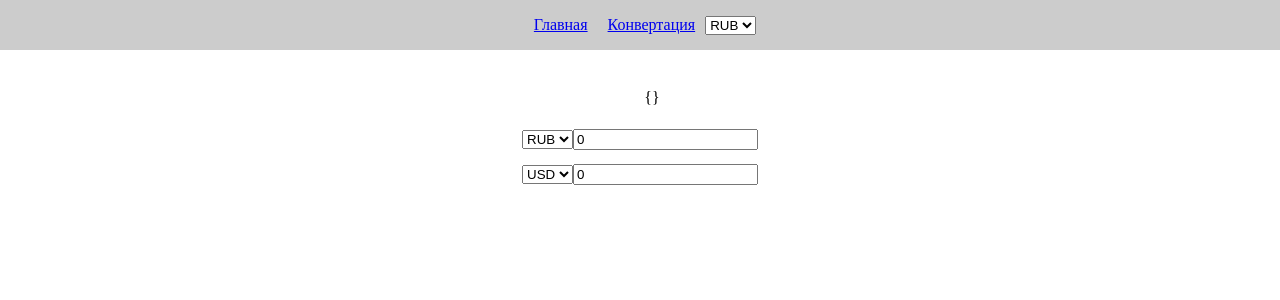
Repository: Friend689/vite-vue-currency-conversion
Page: /convert
These files come from the project's save history. The page is drawn as it stood at one moment and after the next save; the edit follows.
The browser window is 1280 px wide. The pictures show the whole page.
The page's requests for data from a server got no answer. The project was rebuilt for these pictures with package versions that can differ from the ones it lists, and the page was loaded fresh each time. No one was signed in, and anything a server would have sent is missing. Also part of the build but not shown: vite.config.js, src/views/Main.vue.

Above is the page before, as saved 2024-09-03 20:54:35.

### src/main.js
import { createApp } from 'vue'
import './style.css'
import App from './App.vue';
import router from './router';

createApp(App).use(router).mount('#app')

### src/style.css
* {
	box-sizing: border-box;
}

html, body, div, span, applet, object, iframe,
h1, h2, h3, h4, h5, h6, p, blockquote, pre,
a, abbr, acronym, address, big, cite, code,
del, dfn, em, img, ins, kbd, q, s, samp,
small, strike, strong, sub, sup, tt, var,
b, u, i, center,
dl, dt, dd, ol, ul, li,
fieldset, form, label, legend,
table, caption, tbody, tfoot, thead, tr, th, td,
article, aside, canvas, details, embed,
figure, figcaption, footer, header, hgroup,
menu, nav, output, ruby, section, summary,
time, mark, audio, video {
	margin: 0;
	padding: 0;
	border: 0;
	font-size: 100%;
	font: inherit;
	vertical-align: baseline;
}

html, body, #app {
	height: 100vh;
	width: 100vw;
}
/* HTML5 display-role reset for older browsers */
article, aside, details, figcaption, figure,
footer, header, hgroup, menu, nav, section {
	display: block;
}
body {
	line-height: 1;
}
ol, ul {
	list-style: none;
}
blockquote, q {
	quotes: none;
}
blockquote:before, blockquote:after,
q:before, q:after {
	content: '';
	content: none;
}
table {
	border-collapse: collapse;
	border-spacing: 0;
}

main {
	width: 100%;
  height: 100%;
}

.h-100 {
	height: 100%;
}

### src/App.vue
<script setup>
import { ref, onMounted } from "vue";
import Header from "@/components/ui/Header.vue";

const rates = ref({});
const currencies = ref(['usd', 'eur', 'rub']);
const selectedCurrency = ref('rub');

const changeCurrency = (currency) => {
  selectedCurrency.value = currency;
  getCurrencies();
};

const getCurrencies = () => {
  fetch("https://status.neuralgeneration.com/api/currency")
    .then(response => response.json())
    .then(data => rates.value = data);
}

onMounted(() => {
  getCurrencies();
})
</script>

<template>
  <div class="main-wrap">
    <Header @change-currency="changeCurrency" />
    <main>
      <router-view :rates="rates" :currencies="currencies" :selected="selectedCurrency" />
    </main>
  </div>
</template>

<style scoped>
.main-wrap {
  /* height: 100%; */
  display: flex;
  flex-direction: column;
}

main {
  flex-grow: 1;
}
</style>

### src/router/index.js
import { createRouter, createWebHistory } from 'vue-router'

import Main from '@/views/Main.vue';
import Convert from '@/views/Convert.vue';


const routes = [
  { path: '/', component: Main },
  { path: '/convert', component: Convert },
]

export default createRouter({
  history: createWebHistory(),
  routes,
})

### src/components/ui/Header.vue
<script setup>
import { ref } from "vue";

const currencies = ref(["usd", "eur", "rub"]);
const selectedCurrency = ref("rub");

const emit = defineEmits(["change-currency"])

const changeCurrency = () => {
  emit("change-currency", selectedCurrency.value)
}

</script>

<template>
  <header>
    <router-link to="/">Главная</router-link>
    <router-link to="/convert">Конвертация</router-link>
    <select v-model="selectedCurrency" @change="changeCurrency">
      <option v-for="currency in currencies" :key="currency" :value="currency">{{ currency.toUpperCase() }}</option>
    </select>
  </header>
</template>

<style scoped>
header {
  height: 50px;
  background-color: #ccc;
  display: flex;
  align-items: center;
  justify-content: center;
  padding: 0 10px;
}
header a {
  margin: 0 10px;
}
</style>

### src/views/Convert.vue
<script setup>
import { ref, watch } from "vue";

const props = defineProps([
  "selected",
  "currencies",
  "rates"
]);

watch(() => props.rates, (first, second) => {
  convert();
});

const arrCurrencies = ref({});
const fromCurrency = ref('rub');
const toCurrency = ref('usd');
const fromValue = ref(0);
const toValue = ref(0);
const error = ref('');


const collectCurrencies = () => {
  arrCurrencies.value = {}
  for (const pair in props.rates) {
    const [from, to] = pair.split('-')
    if (!arrCurrencies.value[from]) {
      arrCurrencies.value[from] = {}
    }
    arrCurrencies.value[from][to] = props.rates[pair]
  }
  // Добавляем RUB в список валют
  if (!arrCurrencies.value['RUB']) {
    arrCurrencies.value['RUB'] = { RUB: 1 }
  }
}

const convert = (inputType) => {
  if (isNaN(fromValue.value) && isNaN(toValue.value)) {
    error.value = "Пожалуйста, введите числовое значение"
    return
  }
  const fromRate = props.rates[fromCurrency.value]
  const toRate = props.rates[toCurrency.value]
  if (inputType === 'from') {
    if (fromValue.value && !isNaN(fromValue.value)) {
      if (fromCurrency.value === "rub") {
        toValue.value = fromValue.value * toRate
      } else if (toCurrency.value === "rub") {
        toValue.value = fromValue.value / fromRate
      } else {
        toValue.value = fromValue.value * fromRate / toRate
      }
    }
  } else if (inputType === 'to') {
    if (toValue.value && !isNaN(toValue.value)) {
      if (fromCurrency.value === "rub") {
        fromValue.value = toValue.value / toRate
      } else if (toCurrency.value === "rub") {
        fromValue.value = toValue.value * fromRate
      } else {
        fromValue.value = toValue.value * toRate / fromRate
      }
    }
  }
  if (fromValue.value) {
    fromValue.value = Number(fromValue.value.toFixed(2))
  }
  if (toValue.value) {
    toValue.value = Number(toValue.value.toFixed(2))
  }
  error.value = ""
}
</script>

<template>
  <div class="page-convert">
    <pre>
      {{ rates }}
    </pre>
    <form>
      <div>
        <select v-model="fromCurrency">
          <option v-for="currency in currencies" :key="currency" :value="currency">{{ currency.toUpperCase() }}</option>
        </select>
        <input type="number" v-model.number="fromValue" @input="convert('from')" />
      </div>
      <div>
        <select v-model="toCurrency">
          <option v-for="currency in currencies" :key="currency" :value="currency">{{ currency.toUpperCase() }}</option>
        </select>
        <input type="number" v-model.number="toValue" @input="convert('to')" />
      </div>
    </form>
    <p v-if="error">{{ error }}</p>
  </div>
</template>

<style scoped>
.page-convert {
  padding-top: 40px;
  text-align: center;
}

form {
  display: flex;
  flex-direction: column;
  align-items: center;
}

form div {
  margin: 7px;
}
</style>

Loaded but not shown: index.html (common file)

After the next save:
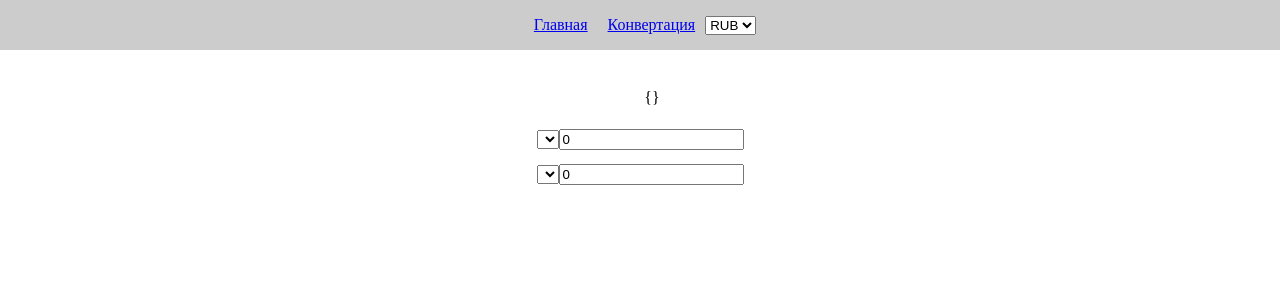
Saved 21 s later.
--- a/src/views/Convert.vue
+++ b/src/views/Convert.vue
@@ -80,13 +80,13 @@ const convert = (inputType) => {
     <form>
       <div>
         <select v-model="fromCurrency">
-          <option v-for="currency in currencies" :key="currency" :value="currency">{{ currency.toUpperCase() }}</option>
+          <option v-for="currency in convertibleCurrencies" :key="currency" :value="currency">{{ currency.toUpperCase() }}</option>
         </select>
         <input type="number" v-model.number="fromValue" @input="convert('from')" />
       </div>
       <div>
         <select v-model="toCurrency">
-          <option v-for="currency in currencies" :key="currency" :value="currency">{{ currency.toUpperCase() }}</option>
+          <option v-for="currency in convertibleCurrencies" :key="currency" :value="currency">{{ currency.toUpperCase() }}</option>
         </select>
         <input type="number" v-model.number="toValue" @input="convert('to')" />
       </div>
